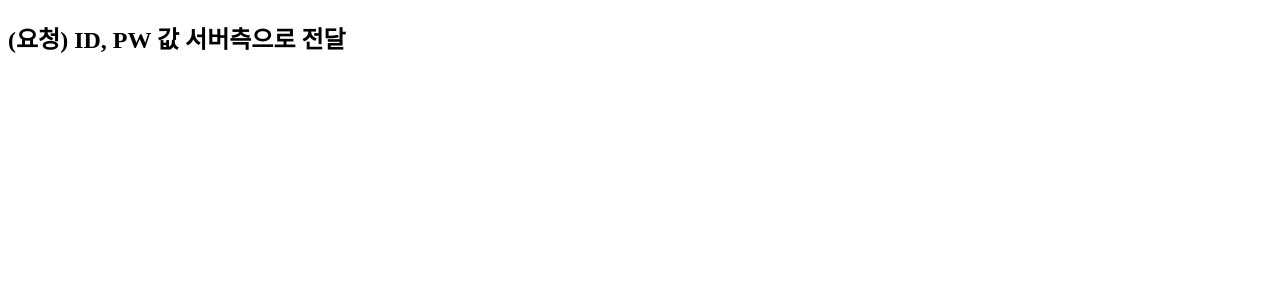
Repository: SeYoung1012/Bitcamp
Page: http://localhost/02_JSP/ex04_req_id_pw.jsp
The author's editor kept a copy of each file at every save. The page is drawn from the files as they stood at one save, then again after the next save.
The browser window is 1280 px wide. The pictures show the whole page.
The page is served by Tomcat 9.

Above is the page before, as saved 2021-09-27 01:07:03.

### 60_web/02_JSP/WebContent/ex04_req_id_pw.jsp
<%@ page language="java" contentType="text/html; charset=UTF-8"
    pageEncoding="UTF-8"%>
<!DOCTYPE html>
<html>
<head>
<meta charset="UTF-8">
<title> 요청 페이지</title>
</head>
<body>
	<%-- JSP 요청페이지에서 데이터 전달하고 응답받기 --%>
	<h2> (요청) ID, PW 값 서버측으로 전달</h2>


</body>
</html>

After the next save:
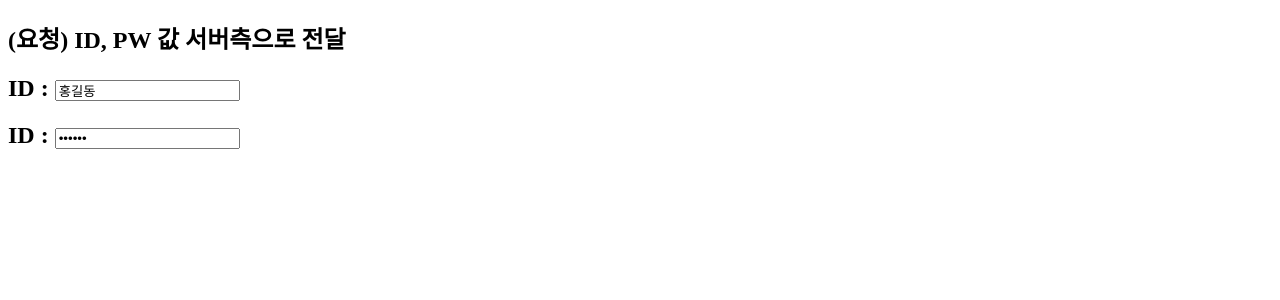
Saved 2 min 31 s later.
--- a/60_web/02_JSP/WebContent/ex04_req_id_pw.jsp
+++ b/60_web/02_JSP/WebContent/ex04_req_id_pw.jsp
@@ -9,6 +9,11 @@
 <body>
 	<%-- JSP 요청페이지에서 데이터 전달하고 응답받기 --%>
 	<h2> (요청) ID, PW 값 서버측으로 전달</h2>
+	<form>
+		<h2> ID : <input type = "text"  name = "id" value = "홍길동"></h2>
+		<h2> ID : <input type = "password"  name = "pw" value = "pw1234"></h2>
+	</form>
+
 
 
 </body>
